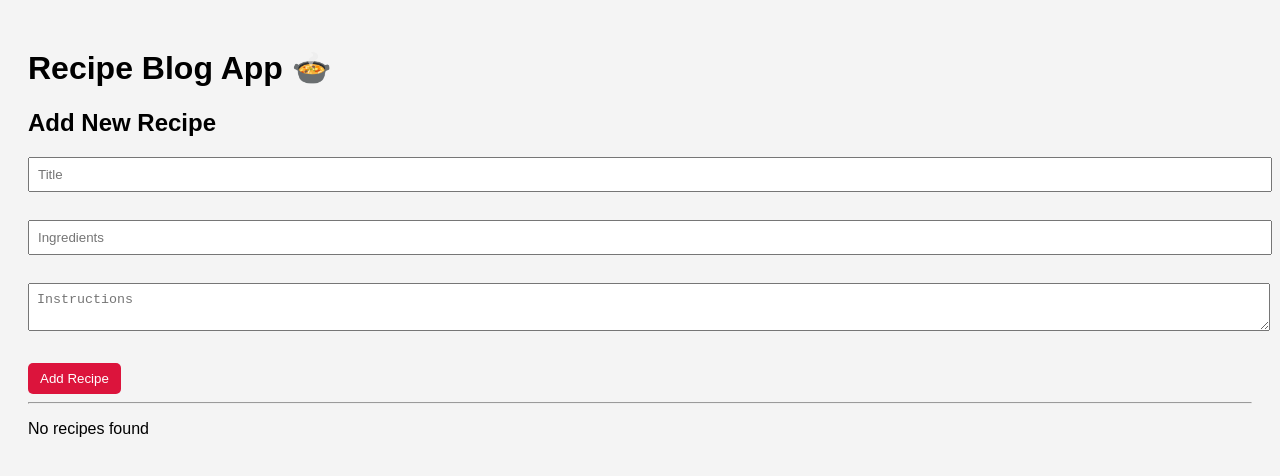
Repository: arshathdevo/recipeblogfrontend
Page: /
The author's editor kept a copy of each file at every save. The page is drawn from the files as they stood at one save, then again after the next save.
The browser window is 1280 px wide. The pictures show the whole page.
The page's requests for data from a server got no answer. The project was rebuilt for these pictures with package versions that can differ from the ones it lists, and the page was loaded fresh each time. No one was signed in, and anything a server would have sent is missing.

Above is the page before, as saved 2026-02-14 11:33:14.

After the next save:
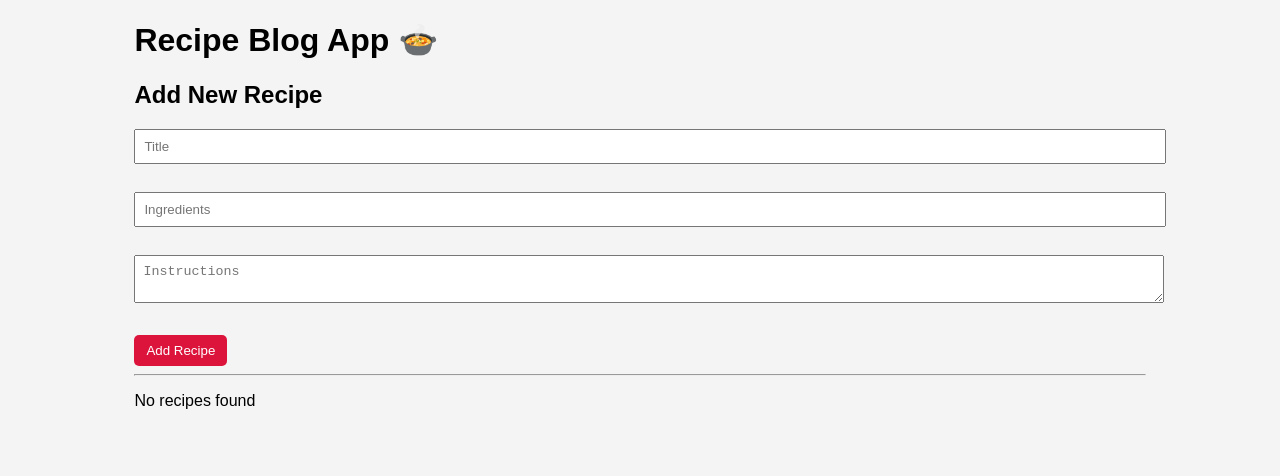
Saved 21 s later.
--- a/src/App.js
+++ b/src/App.js
@@ -156,7 +156,7 @@ function App() {
 
 
   return (
-    <div style={{ padding: "20px" }}>
+    <div className="container">
       <h1>Recipe Blog App 🍲</h1>
 
       {/* ✅ FORM SHOULD BE OUTSIDE MAP */}
